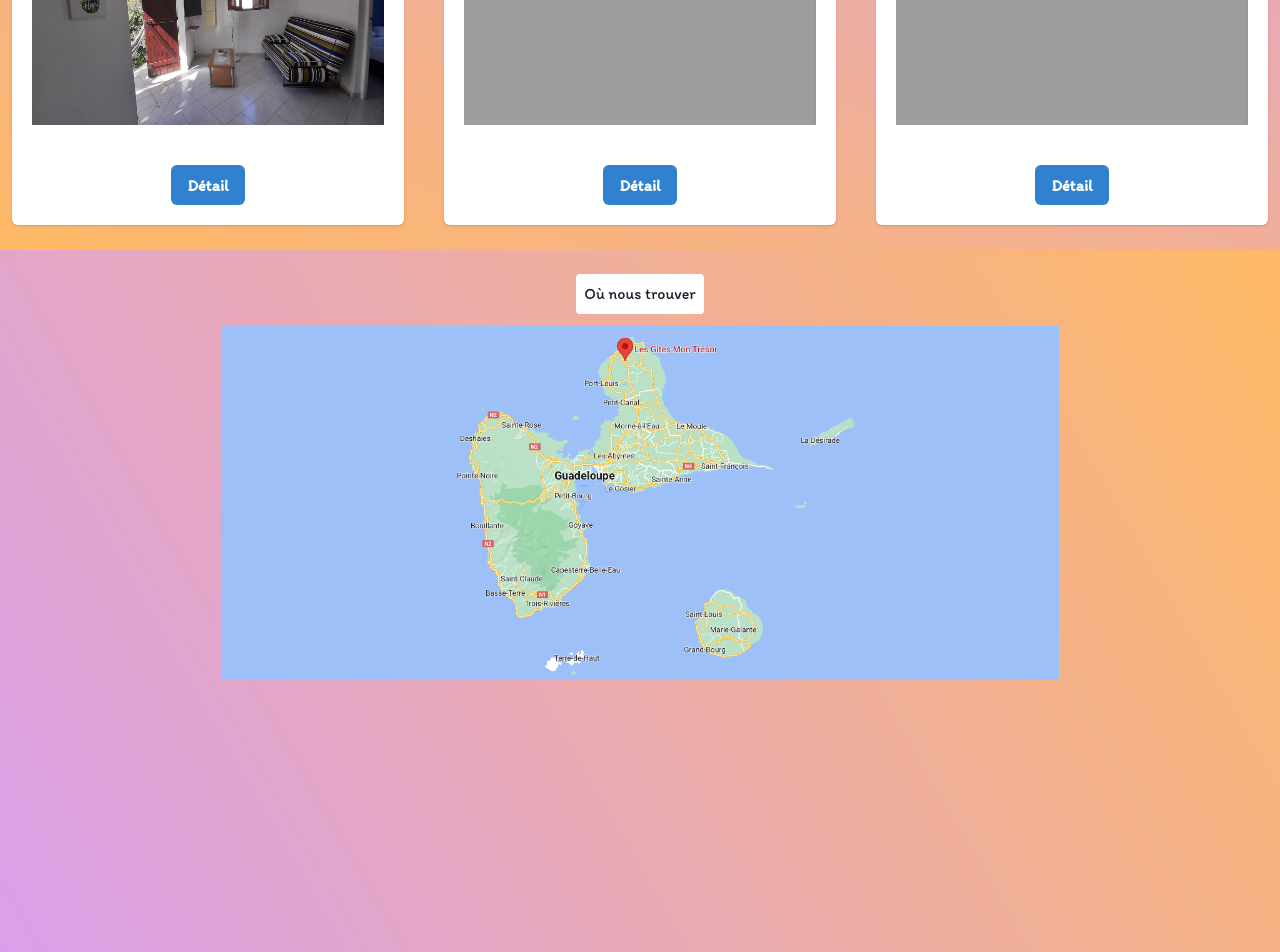
Repository: All-Khwarizmi/gites-v2
Page: /
An editor plug-in stored every save of this project. The page is shown before and after the next save, followed by the edit.
The browser window is 1280 px wide. The pictures show the part of the page from y = 1190 to 2142 px (the page is 2160 px tall).
Pictures or frames that could not be fetched are drawn as grey boxes. The project was rebuilt for these pictures with package versions that can differ from the ones it lists, and the page was loaded fresh each time. The framework's server and built-in components were replaced by stand-ins that run in the browser. Also part of the build but not shown: next.config.js, next.config.mjs.

Above is the page before, as saved 2023-02-03 19:11:04.

### src/pages/_app.tsx
import { type AppType } from "next/dist/shared/lib/utils";
import { ChakraProvider } from "@chakra-ui/react";
import Layout from "../components/Layout";
import { Itim } from "@next/font/google";
import Navbar from "../components/Navbar";

import "../styles/globals.css";
import Head from "next/head";

const inter = Itim({ weight: "400", subsets: ["latin"] });

const MyApp: AppType = ({ Component, pageProps }) => {
  return (
    <ChakraProvider>
      <Head>
        <title>Gîtes Mon Tresor</title>
        <meta
          name="viewport"
          /* content="width=device-width, initial-scale=1.0, maximum-scale=1.0,user-scalable=0" */
          content="viewport-fit=cover"
        />
        <meta name="title" content="Gîtes Mon Tresor" />

        <meta
          name="description"
          content="Gîtes accueillants et chaleureux en Guadeloupe, Anse Bertrand. Venez en famille ou en amoureux profiter des plaisirs qu'offre l'île. "
        />
        <meta property="og:image" content="/IMG_0318.JPG" key="ogimage" />
      </Head>

      <main className={inter.className}>
        <Component {...pageProps} />
      </main>
    </ChakraProvider>
  );
};

export default MyApp;

### src/pages/index.tsx
import { type NextPage } from "next";
import Head from "next/head";
import Link from "next/link";
import Test from "./Test";
import styles from '../styles/Home.module.scss'

const Home: NextPage = () => {
  return (
    <>
      <Test />
    </>
  );
};

export default Home;

### src/styles/globals.css
@tailwind base;
@tailwind components;
@tailwind utilities;

:root {
  --colorOne: #ffb965;
  --colorTwo: #d99feb;
  --color3: #ffbf5b;
  --color4: #31b7cf;
}
* {
  margin: 0;
  padding: 0;
}
body {
  width: 100vw;
  height: 100vh;
  box-sizing: border-box;
}

.test {
  width: 100%;
}

#myVideo {
  object-fit: cover;

  min-height: 100vh;
  position: relative;
  z-index: -1;
  bottom: 0;
  right: 0;
}

.section {
  background-image: linear-gradient(
    20deg,
    var(--colorOne) 0%,
    var(--colorTwo) 100%
  );
  margin-top: 0;
  position: relative;
}
.section-2 {
  background-image: linear-gradient(
    60deg,
    var(--colorTwo) 0%,
    var(--colorOne) 100%
  );
  margin-top: 0;
  position: relative;
}
.location-div {
  background-image: linear-gradient(
    27deg,
    var(--colorTwo) 0%
    var(--colorOne) 100%,

  );
  position: relative;
}

.card-1 {
  background-color: inherit;
  padding: 3rem;
  width: 100%;
}
.nav {
  position: fixed;
  z-index: 5;


}

### src/pages/Test.tsx
import { AppType } from "next/app";
import {
  Card,
  CardHeader,
  ButtonGroup,
  Button,
  CardBody,
  CardFooter,
  Stack,
  Image,
  Heading,
  Text,
  Divider,
  Flex,
} from "@chakra-ui/react";
import Carousel from "../components/Carousel";
import { Component, useEffect, useRef, useState } from "react";
import Localisation from "../components/Localisation";
import Navbar from "../components/Navbar";

const Test = () => {
  const divPosition: any = useRef(null);


  const slidesPalmier = [
    {
      img: "/Gite Palmier/1.jpg",
    },
    {
      img: "/Gite Palmier/2.jpg",
    },
    {
      img: "/Gite Palmier/3.jpg",
    },
    {
      img: "/Gite Palmier/4.jpg",
    },
    {
      img: "/Gite Palmier/5.jpg",
    },
    {
      img: "/Gite Palmier/6.jpg",
    },
    {
      img: "/Gite Palmier/7.jpg",
    },
    {
      img: "/Gite Palmier/9087556.jpg",
    },
  ];
  const slidesAnanas = [
    {
      img: "/Gite Ananas/1.jpg",
    },
    {
      img: "/Gite Ananas/2.jpg",
    },
    {
      img: "/Gite Ananas/3.jpg",
    },
    {
      img: "/Gite Ananas/4.jpg",
    },
    {
      img: "/Gite Ananas/5.jpg",
    },
    {
      img: "/Gite Ananas/6.jpg",
    },
    {
      img: "/Gite Ananas/20191231_100325.jpg",
    },
    {
      img: "/Gite Ananas/20200325_100606.jpg",
    },
  ];
  const slidesKawan = [
    {
      img: "/Gite Kawan/1.jpg",
    },
    {
      img: "/Gite Kawan/2.jpg",
    },
    {
      img: "/Gite Kawan/3.jpg",
    },
    {
      img: "/Gite Kawan/4.jpg",
    },

    {
      img: "/Gite Kawan/6.jpg",
    },
    {
      img: "/Gite Kawan/7.jpg",
    },
    {
      img: "/Gite Kawan/8.jpg",
    },
    {
      img: "/Gite Kawan/9.jpg",
    },
    {
      img: "/Gite Kawan/10.jpg",
    },
    {
      img: "/Gite Kawan/11.jpg",
    },
    {
      img: "/Gite Kawan/12.jpg",
    },
    {
      img: "/Gite Kawan/13.jpg",
    },
    {
      img: "/Gite Kawan/14.jpg",
    },
    {
      img: "/Gite Kawan/15.jpg",
    },
  ];

  return (
    <>
      <main>
        <Navbar position={divPosition} />
        <div className="test">
          <section className="test">
            <video
              autoPlay
              playsInline
              muted
              loop
              id="myVideo"
              poster="/Gite Kawan/1.jpg"
            >
              <source src={"/Mon film.mp4"} type="video/mp4" />
            </video>
          </section>
          <div className="section h-screen">
            <section ref={divPosition} className="section h-full">
              <div className="card-1 flex-column flex justify-center">
                <Card maxW={"900px"}>
                  <Heading className="flex-column flex justify-center p-2">
                    <p> Bienvenue en Guadeloupe !</p>
                  </Heading>
                  <CardBody>
                    <Text className="welcome-text">
                      Pour des vacances au soleil, sur des plages de sable blanc
                      ou de belles balades dans une verdure luxuriante : les
                      Gîtes Mon Trésor vous assurent un dépaysement total. Loin
                      des grandes structures touristiques, dans un jardin calme
                      et ventilé avec piscine sécurisée, Catherine et Laurent,
                      originaires de Normandie, vous accueillent toute l’année
                      dans leurs gîtes situés sur la commune d'ANSE-BERTRAND, à
                      3 km des plages et de tous commerces. Nous avons l'énorme
                      chance de n'avoir jamais de sargasses sur nos plages les
                      plus proches. Bonne visite !
                    </Text>
                  </CardBody>
                </Card>
              </div>

              <div className="grid  grid-flow-row justify-center gap-4 md:grid-flow-col ">
                <Card maxW="lg" m={3}>
                  <Stack mt="6" spacing="3">
                    <Heading textAlign={"center"} size="md">
                      Gîte Palmier
                    </Heading>
                  </Stack>
                  <CardBody>
                    <Carousel slides={slidesPalmier} />
                  </CardBody>
                  <Flex align="center" justify="center">
                    <CardFooter>
                      <Button variant="solid" colorScheme="blue">
                        Détail
                      </Button>
                    </CardFooter>
                  </Flex>
                </Card>
                <Card maxW="lg" m={3}>
                  <Stack mt="6" spacing="3">
                    <Heading textAlign={"center"} size="md">
                      Gîte Ananas
                    </Heading>
                  </Stack>
                  <CardBody>
                    <Carousel slides={slidesAnanas} />
                  </CardBody>
                  <Flex align="center" justify="center">
                    <CardFooter>
                      <Button variant="solid" colorScheme="blue">
                        Détail
                      </Button>
                    </CardFooter>
                  </Flex>
                </Card>
                <Card maxW="lg" m={3}>
                  <Stack mt="6" spacing="3">
                    <Heading textAlign={"center"} size="md">
                      Gîte Kawan
                    </Heading>
                  </Stack>
                  <CardBody>
                    <Carousel slides={slidesKawan} />
                  </CardBody>
                  <Flex align="center" justify="center">
                    <CardFooter>
                      <Button variant="solid" colorScheme="blue">
                        Détail
                      </Button>
                    </CardFooter>
                  </Flex>
                </Card>
              </div>


            </section>
          </div>
          <div className="h-screen section-2">
            <Localisation />
          </div>
        </div>
      </main>
    </>
  );
};

export default Test;

### src/components/Carousel.tsx
import React from 'react'
import { useEffect, useState } from 'react';
import { Flex, Box, Text, Image } from '@chakra-ui/react';

const Carousel = ({slides}: any) => {

  const slides1 = [
    {
      img: "/Gîte Palmier/1.jpg",
    },
    {
      img: "/Gîte Palmier/2.jpg",
    },
    {
      img: "/Gîte Palmier/3.jpg",
    },
    {
      img: "/Gîte Palmier/4.jpg",
    },
    {
      img: "/Gîte Palmier/5.jpg",
    },
    {
      img: "/Gîte Palmier/6.jpg",
    },
    {
      img: "/Gîte Palmier/7.jpg",
    },
    {
      img: "/Gîte Palmier/9087556.jpg",
    },

  ];
  const [currentSlide, setCurrentSlide] = useState(0);
  const slidesCount = slides.length;
  const carouselStyle = {
    transition: "all .5s",
    ml: `-${currentSlide * 100}%`,
  };
  const SLIDES_INTERVAL_TIME = 3000;
  const ANIMATION_DIRECTION = "right";
  useEffect(() => {
    const prevSlide = () => {
      setCurrentSlide((s) => (s === 0 ? slidesCount - 1 : s - 1));
    };

    const nextSlide = () => {
      setCurrentSlide((s) => (s === slidesCount - 1 ? 0 : s + 1));
 };

    const automatedSlide = setInterval(() => {
      ANIMATION_DIRECTION.toLowerCase() === "left" ? prevSlide() : nextSlide();
    }, SLIDES_INTERVAL_TIME);
    return () => clearInterval(automatedSlide);
  }, [slidesCount]);
  return (
    <Flex
      w="full"
      bg="#edf3f8"
      _dark={{
        bg: "#3e3e3e",
      }}

      alignItems="center"
      justifyContent="center"
    >
      <Flex w="full" overflow="hidden">
        <Flex pos="relative" h="200px" w="full" {...carouselStyle}>
          {slides.map((slide: any, sid: any) => (
            <Box key={`slide-${sid}`} flex="none" boxSize="full" shadow="md">
              <Text
                color="white"
                fontSize="xs"
                p="8px 12px"
                pos="absolute"
                top="0"
                whiteSpace="nowrap"
              >
                {sid + 1} / {slidesCount}
              </Text>
              <Image
                src={slide.img}
                alt="carousel image"
                boxSize="full"
                backgroundSize="cover"
              />
            </Box>
          ))}
        </Flex>
      </Flex>
    </Flex>
  );
};



export default Carousel

### src/components/Localisation.tsx
import React from "react";
import Link from "next/link";

const Localisation = () => {
  const coordinates: string =
    "Les+Gîtes+Mon+Trésor/@16.4645544,-61.4825254,17z";
  const baseUrl: string =
    "https://www.google.com/maps/search/?api=1&query=Les+Gîtes+Mon+Trésor+Anse+Bertrand/";
  return (
    <>
      <div className="location align-center flex items-center justify-center p-3"></div>
      <div className="section-location flex  justify-center">
        <p className="text-extra-bold w-30 rounded bg-white p-2">
          Où nous trouver
        </p>
      </div>

      <div className="location p-3">
        <a
          className="align-center flex items-center justify-center"
          target="_blank"
          href={baseUrl}
        >
          <img
            className="w-2/3"
            src="./IMG_0537.JPG"
            alt="carte de la Guadeloupe"
          />
        </a>
      </div>
    </>
  );
};

export default Localisation;

### src/components/Navbar.tsx
import { useEffect, useState, useRef } from "react";

function NavLink({ to, children }: any) {
  return (
    <a href={to} className={`mx-4`}>
      {children}
    </a>
  );
}

function MobileNav({ open, setOpen }: any) {
  return (
    <div
      className={`absolute top-0 left-0 h-screen w-screen transform bg-white ${
        open ? "-translate-x-0" : "-translate-x-full"
      } drop-shadow-md filter transition-transform duration-300 ease-in-out `}
    >
      <div className="flex h-20 items-center justify-center bg-white drop-shadow-md filter">
        {" "}
        {/*logo container*/}
        <a className="text-2xl font-semibold" href="/">
          <img
            className="w-24 hover:w-32"
            src="/IMG_0318.JPG"
            alt="Gîtes Mon Tresor Logo"
          />
        </a>
      </div>
      <div className="ml-4 flex flex-col">
        <a
          className="my-4 text-xl font-medium"
          href="#"
          onClick={() =>
            setTimeout(() => {
              setOpen(!open);
            }, 100)
          }
        >
          Accueil
        </a>
        <a
          className="my-4 text-xl font-normal"
          href="#"
          onClick={() =>
            setTimeout(() => {
              setOpen(!open);
            }, 100)
          }
        >
          Gîtes
        </a>
        <a
          className="my-4 text-xl font-normal"
          href="#"
          onClick={() =>
            setTimeout(() => {
              setOpen(!open);
            }, 100)
          }
        >
          Localisation
        </a>
        <a
          className="my-4 text-xl font-normal"
          href="#"
          onClick={() =>
            setTimeout(() => {
              setOpen(!open);
            }, 100)
          }
        >
          Tarifs
        </a>
        <a
          className="my-4 text-xl font-normal"
          href="#"
          onClick={() =>
            setTimeout(() => {
              setOpen(!open);
            }, 100)
          }
        >
          Contact
        </a>
        <a
          className="my-4 text-xl font-normal"
          href="#"
          onClick={() =>
            setTimeout(() => {
              setOpen(!open);
            }, 100)
          }
        >
          Partenariats
        </a>
      </div>
    </div>
  );
}

export default function Navbar({ position }: any) {
  const [open, setOpen] = useState(false);
  const [color, setColor] = useState(" ");
  const [colorFont, setColorFont] = useState(" ");
  const [offset, setOffset] = useState(0);


  useEffect(() => {
    const onScroll = () => setOffset(window.pageYOffset);
    // clean up code
    window.removeEventListener("scroll", onScroll);
    window.addEventListener("scroll", onScroll, { passive: true });
    if (position?.current?.getBoundingClientRect().top < 80) {
      setColor("bg-white");
      setColorFont("text-black");
    } else {
      setColor(" ");
      setColorFont("text-white");
    }
    return () => window.removeEventListener("scroll", onScroll);
  }, [offset]);

  const style = { backgroundColor: color, color: colorFont };
  return (
    <nav
      className={`nav flex h-20 w-full items-center gap-4 ${style.backgroundColor}  px-4 py-4 drop-shadow-md filter`}
    >
      <MobileNav open={open} setOpen={setOpen} />
      <div className="flex w-3/12 items-center">
        <a className="text-2xl font-semibold" href="/">
          <img
            className="w-24 hover:w-32"
            src="/IMG_0318.JPG"
            alt="Gîtes Mon Tresor Logo"
          />
        </a>
      </div>
      <div className="flex w-9/12 items-center justify-end">
        <div
          className="relative z-50 flex h-8 w-8 flex-col items-center justify-between md:hidden"
          onClick={() => {
            setOpen(!open);
          }}
        >
          {/* hamburger button */}
          <span
            className={`h-1 w-full transform rounded-lg bg-black transition duration-300 ease-in-out ${
              open ? "translate-y-3.5 rotate-45" : ""
            }`}
          />
          <span
            className={`h-1 w-full rounded-lg bg-black transition-all duration-300 ease-in-out ${
              open ? "w-0" : "w-full"
            }`}
          />
          <span
            className={`h-1 w-full transform rounded-lg bg-black transition duration-300 ease-in-out ${
              open ? "-translate-y-3.5 -rotate-45" : ""
            }`}
          />
        </div>

        <div className="hidden md:flex">
          <ul className="flex justify-items-center gap-x-3">
            <li className="mr-6">
              <a
                className={` flex-initial text-2xl ${style.color} text-justify   hover:underline`}
                href="#"
              >
                Accueil
              </a>
            </li>
            <li className="mr-6">
              <a
                className={` flex-initial text-2xl ${style.color} text-justify   hover:underline`}
                href="#"
              >
                Gîtes
              </a>
            </li>
            <li className="mr-6">
              <a
                className={` flex-initial text-2xl ${style.color} text-justify   hover:underline`}
                href="#"
              >
                Localisation
              </a>
            </li>
            <li className="mr-6">
              <a
                className={` flex-initial text-2xl ${style.color} text-justify   hover:underline`}
                href="#"
              >
                Tarifs
              </a>
            </li>
            <li className="mr-6">
              <a
                className={` flex-initial text-2xl ${style.color} text-justify   hover:underline`}
                href="#"
              >
                Contact
              </a>
            </li>
            <li className="mr-6">
              <a
                className={` flex-initial text-2xl ${style.color} text-justify   hover:underline`}
                href="#"
              >
                Partenariats
              </a>
            </li>
          </ul>
        </div>
      </div>
    </nav>
  );
}

Loaded but not shown: tailwind.config.cjs (common file)

After the next save:
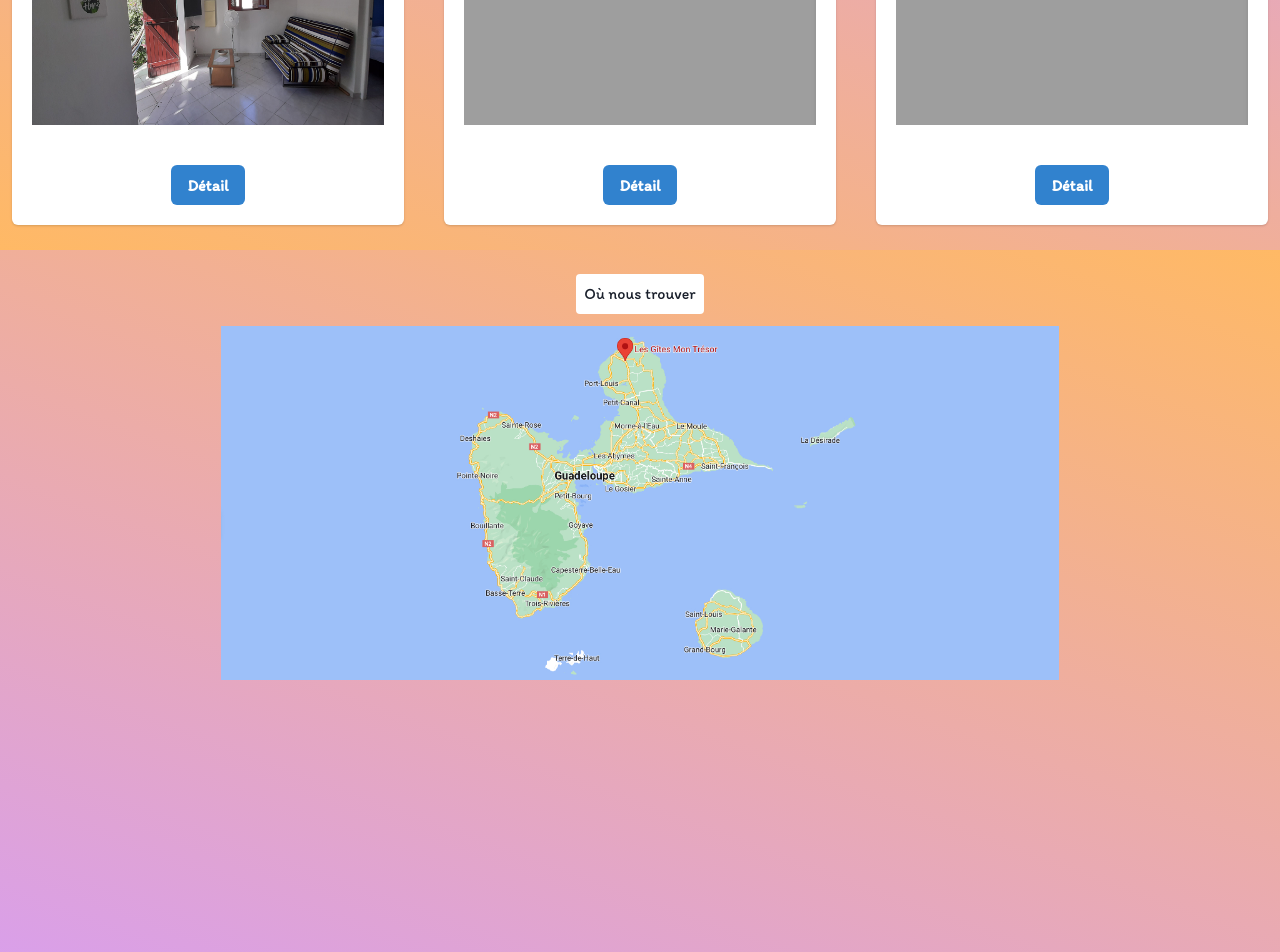
Saved 7 s later.
--- a/src/styles/globals.css
+++ b/src/styles/globals.css
@@ -43,7 +43,7 @@ body {
 }
 .section-2 {
   background-image: linear-gradient(
-    60deg,
+    20deg,
     var(--colorTwo) 0%,
     var(--colorOne) 100%
   );
